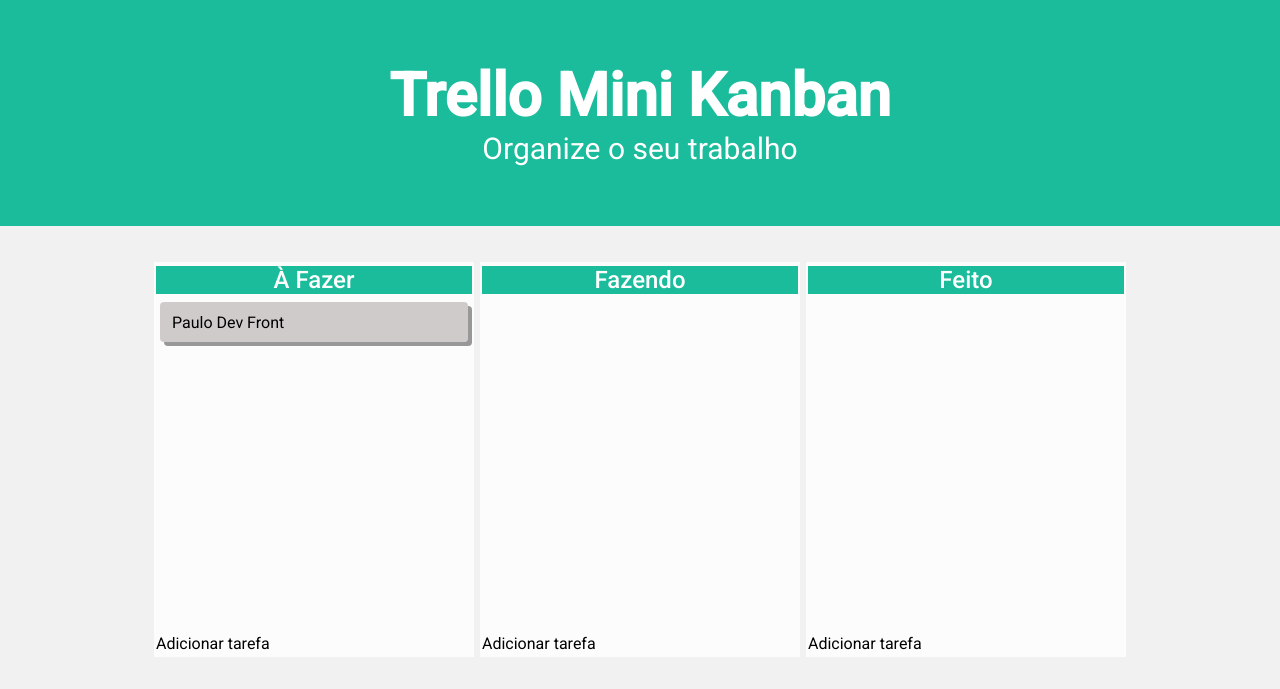
Repository: douglasabnovato/byteclass
Page: trello-mini-kanban/index.html
These files come from the project's save history. The page is drawn as it stood at one moment and after the next save; the edit follows.
The browser window is 1280 px wide. The pictures show the whole page.
The pointer rests on the first visible `.board ul li`.

Above is the page before, as saved 2025-07-31 21:31:43.

### trello-mini-kanban/index.html
<!DOCTYPE html>
<html>
  <head>
    <meta charset="UTF-8" />
    <meta http-equiv="X-UA-Compatible" content="IE=edge" />
    <meta name="viewport" content="width=device-width, initial-scale=1.0" />
    <link
      rel="stylesheet"
      href="https://cdnjs.cloudflare.com/ajax/libs/font-awesome/4.7.0/css/font-awesome.min.css"
    />
    <title>Trello Mini Kanban</title>
    <link rel="stylesheet" href="./style.css" />
  </head>

  <body>
    <div id="home" class="container content">
      <header>
        <h1>Trello Mini Kanban</h1>
        <p>Organize o seu trabalho</p>
      </header>

      <main>
        <div class="board">
          <h3 class="title">À Fazer</h3>
          <ul
            id="a-fazer"
            class="todo-list"
            ondrop="drop(event, this.id)"
            ondragover="over(event)"
          >
            <li>Paulo Dev Front</li>
          </ul>
          <div class="add-card" onclick="addCard(this)">
            <p>Adicionar tarefa</p>
          </div>
        </div>

        <div class="board">
          <h3 class="title">Fazendo</h3>
          <ul
            id="fazendo"
            class="todo-list"
            ondrop="drop(event, this.id)"
            ondragover="over(event)"
          ></ul>
          <div class="add-card" onclick="addCard(this)">
            <p>Adicionar tarefa</p>
          </div>
        </div>

        <div class="board">
          <h3 class="title">Feito</h3>
          <ul
            id="feito"
            class="todo-list"
            ondrop="drop(event, this.id)"
            ondragover="over(event)"
          ></ul>
          <div class="add-card" onclick="addCard(this)">
            <p>Adicionar tarefa</p>
          </div>
        </div>
      </main>
    </div>

    <script src="./script.js"></script>
  </body>
</html>

### trello-mini-kanban/style.css
@import url("https://fonts.googleapis.com/css2?family=Roboto:wght@100;300;400;500&display=swap");

* {
  box-sizing: border-box;
  margin: 0;
}

body {
  background-color: #f1f1f1;
  font-family: "Roboto", sans-serif;
}

header {
  padding: 60px;
  text-align: center;
  background: #1abc9c;
  color: white;
  font-size: 30px;
}

main {
  display: flex;
  flex-wrap: wrap;
  justify-content: center;
  padding-block: 36px;
  gap: 6px;
}

.board {
  display: flex;
  flex-direction: column;
  gap: 4px;
  padding-block: 4px;
  padding-inline: 2px;
  width: 320px;
  background-color: rgba(255, 255, 255, 0.8);
}

.board .title {
  background-color: #1abc9c;
  color: white;
  text-align: center;
  font-size: 24px;
  font-weight: 500;
}

.board ul {
  display: flex;
  flex-wrap: wrap;
  align-content: flex-start;
  min-height: 332px;
  padding: 4px;
  list-style-type: none;
  gap: 8px 12px;
}

.board ul li {
  display: flex;
  align-items: center;
  width: 100%;
  height: 40px;
  padding: 8px 12px;
  background-color: rgba(232, 225, 225, 0.873);
  box-shadow: 2px 3px rgba(0, 0, 0, 0.2);
  border-radius: 4px;
}

.board ul li:hover {
  cursor: move;
  background-color: rgba(163, 156, 156, 0.5);
  box-shadow: 4px 4px rgba(0, 0, 0, 0.4);
}

/*
.board .todo-list .remove {
  width: 16px;
  height: 16px;
  border-radius: 50%;
  text-align: center;
  font-size: 12px;
  color: #c3c3c3;
}

.board .todo-list .remove:hover {
  cursor: pointer;
  background-color: lightcoral;
}

.board .add-card {
  background-color: rgba(200, 200, 200, 0.8);
  border-radius: 2px;
  box-shadow: 2px 2px rgba(0, 0, 0, 0.2);
  margin: 4px 4px;
}

.board .add-card:hover {
  background-color: rgba(192, 182, 182, 0.95);
  cursor: pointer;
  box-shadow: 2px 2px rgba(0, 0, 0, 0.4);
}

.board .add-card p {
  font-size: 16px;
  padding: 15px 10px;
  font-weight: 100;
}
*/

### trello-mini-kanban/script.js

// function addCard(element) {
//   const ulId = element.previousElementSibling.id;
//   const text = prompt("Qual é a tarefa?");
//   const board = document.getElementById(ulId);

//   const template = `
//     <li id="${new Date().getTime()}" draggable="true" ondragstart="drag(event)">
//         <p>${text}</p>
//         <p class="remove" onclick="removeCard(this)">x</p>
//     </li>
//   `;

//   board.innerHTML += template;
// }

// /* remover uma tarefa */
// function removeCard(element) {
//   document.getElementById(element.parentElement.id).remove();
// }

// /* arrastar uma tarefa entre os quadros */
// function drag(event) {
//   event.dataTransfer.setData("card", event.target.id);
// }

// function over(event) {
//   event.preventDefault();
// }

// function drop(event, id) {
//   event.preventDefault();

//   const target = document.getElementById(id);
//   const data = event.dataTransfer.getData("card");
//   const card = document.getElementById(data);

//   target.appendChild(card);
//   event.dataTransfer.clearData();
// }

After the next save:
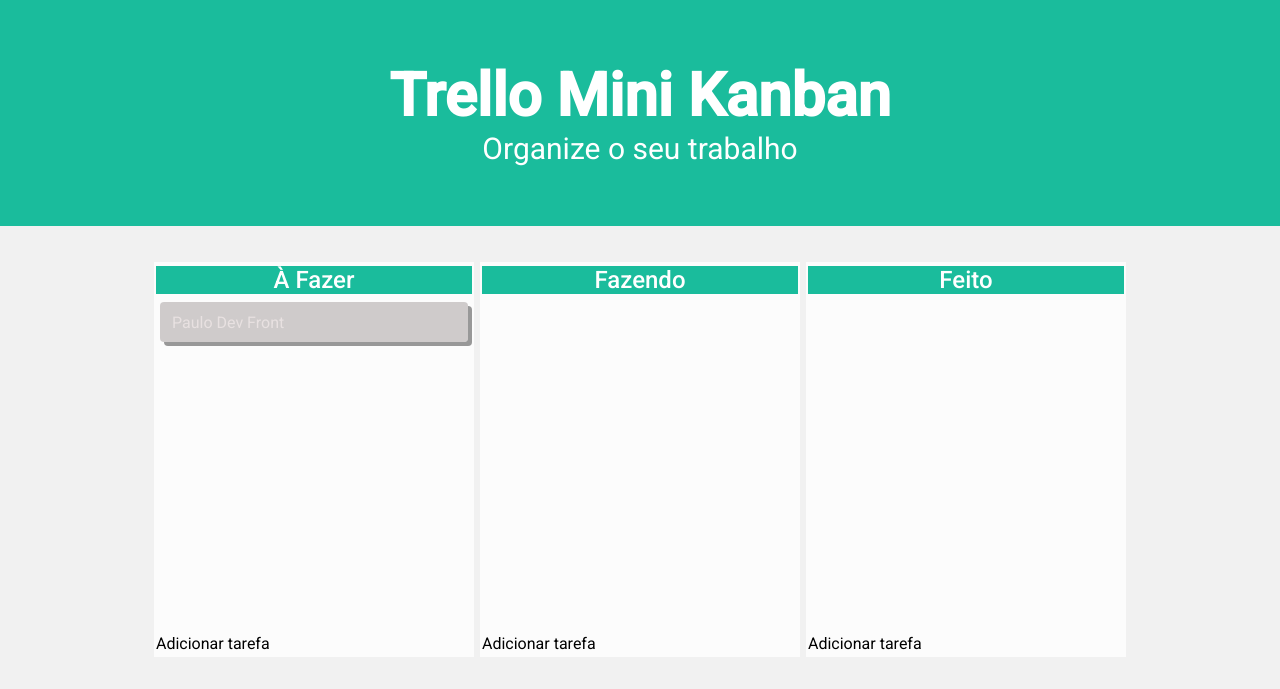
Saved 29 s later.
--- a/trello-mini-kanban/style.css
+++ b/trello-mini-kanban/style.css
@@ -69,6 +69,7 @@
   cursor: move;
   background-color: rgba(163, 156, 156, 0.5);
   box-shadow: 4px 4px rgba(0, 0, 0, 0.4);
+  color: rgb(232, 225, 225);
 }
 
 /*
